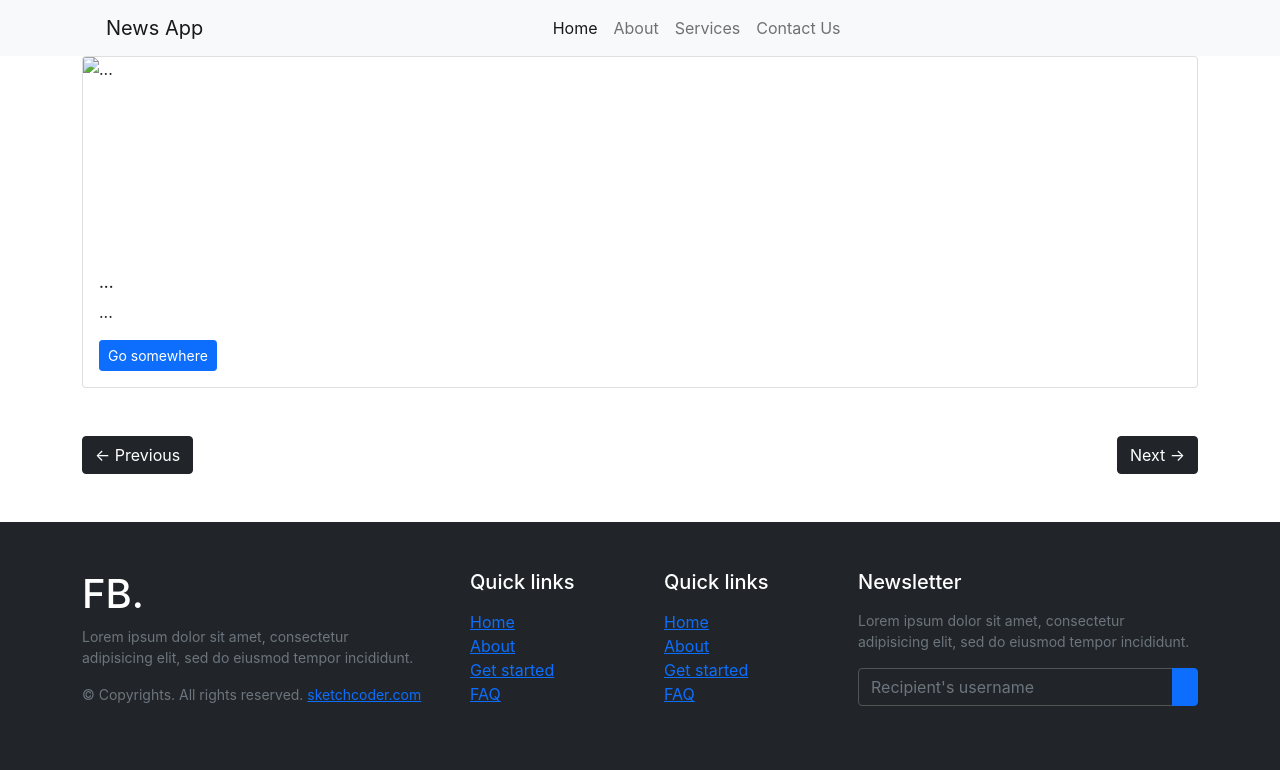
Repository: ZainAkbar51214/News-Site
Page: /
An editor plug-in stored every save of this project. The page is shown before and after the next save, followed by the edit.
The browser window is 1280 px wide. The pictures show the whole page.
The page's requests for data from a server got no answer. The project was rebuilt for these pictures with package versions that can differ from the ones it lists, and the page was loaded fresh each time. A package was used in the major version that the imports need, not the one package.json lists. No one was signed in, and anything a server would have sent is missing. Also part of the build but not shown: src/Components/pages/About.jsx, src/Components/Layouts/NewsItem.js.

Above is the page before, as saved 2023-12-18 00:04:25.

### public/index.html
<!DOCTYPE html>
<html lang="en">
  <head>
    <meta charset="utf-8" />
    <link rel="icon" href="%PUBLIC_URL%/favicon.ico" />
    <meta name="viewport" content="width=device-width, initial-scale=1" />
    <meta name="theme-color" content="#000000" />
    <meta
      name="description"
      content="Web site created using create-react-app"
    />
    <link rel="apple-touch-icon" href="%PUBLIC_URL%/logo192.png" />

    <link rel="manifest" href="%PUBLIC_URL%/manifest.json" />

    <title>News App</title>
    <!-- Bootstrap cdn -->
    <link href="https://cdn.jsdelivr.net/npm/bootstrap@5.0.2/dist/css/bootstrap.min.css" rel="stylesheet" integrity="sha384-EVSTQN3/azprG1Anm3QDgpJLIm9Nao0Yz1ztcQTwFspd3yD65VohhpuuCOmLASjC" crossorigin="anonymous">
  </head>
  <body>
    <noscript>You need to enable JavaScript to run this app.</noscript>
    <div id="root"></div>


    <!-- Bootstrap Script -->
    <script src="https://cdn.jsdelivr.net/npm/@popperjs/core@2.9.2/dist/umd/popper.min.js" integrity="sha384-IQsoLXl5PILFhosVNubq5LC7Qb9DXgDA9i+tQ8Zj3iwWAwPtgFTxbJ8NT4GN1R8p" crossorigin="anonymous"></script>
<script src="https://cdn.jsdelivr.net/npm/bootstrap@5.0.2/dist/js/bootstrap.min.js" integrity="sha384-cVKIPhGWiC2Al4u+LWgxfKTRIcfu0JTxR+EQDz/bgldoEyl4H0zUF0QKbrJ0EcQF" crossorigin="anonymous"></script>
  </body>
</html>

### src/App.js
import React from "react";
import {
  BrowserRouter,
  Routes,
  Route
} from "react-router-dom";
import Home from './Components/pages/Home';
import Navbar from './Components/Header/Navbar';
import Footer from './Components/Footer/Footer';
import About from "./Components/pages/About";
import News from "./Components/Layouts/News";

function App() {
  return (
    <BrowserRouter>
      <Navbar />
        <Routes>
          <Route path="/" element={<Home />}></Route>
          <Route path="/about" element={<About />}></Route>
        </Routes>
        <News />
      <Footer />
  </BrowserRouter>
  );
}

export default App;

### src/Components/pages/Home.jsx
import React, { Component } from 'react';
import { Link } from 'react-router-dom';
import '../../App.css';

class Home extends Component {
    render() {
        let {title,  description, imageUrl, newsUrl} = this.props;
        return (
            <div className='container-fluid'>
                <div className='container'>
                    <div className='row'>
                        <div className='col-lg-12'>
                            <div className="card" style={{width: '100%'}}>
                                <img src={imageUrl} className="card-img-top" style={{width: '100%', height: '200px', objectFit: 'cover'}} alt="..." />
                                <div className="card-body">
                                    <h6 className="card-title">{title}...</h6>
                                    <p className="card-text"> {description}... </p>
                                    <Link to={newsUrl} className="btn btn-sm btn-primary">Go somewhere</Link>
                                </div>
                            </div>
                        </div>
                    </div>
                </div>
            </div>
        );
    }
}

export default Home;

### src/Components/Header/Navbar.jsx
import React, { Component } from 'react';
import { Link } from 'react-router-dom';

class Navbar extends Component {
    render() {
        return (
            <div>
                <div className="container-fluid bg-light">
                <div className="container">
                    <div className="row">
                        <div className="col-md-12">
                            <nav className="navbar navbar-expand-lg navbar-light">
                                <div className="container-fluid">
                                    <Link className="navbar-brand" to="/">News App</Link>
                                    <button className="navbar-toggler" type="button" data-bs-toggle="collapse" data-bs-target="#navbarSupportedContent" aria-controls="navbarSupportedContent" aria-expanded="false" aria-label="Toggle navigation">
                                        <span className="navbar-toggler-icon"></span>
                                    </button>
                                    <div className="collapse navbar-collapse" id="navbarSupportedContent">
                                        <ul className="navbar-nav mx-auto mb-2 mb-lg-0">
                                            <li className="nav-item">
                                                <Link className="nav-link active" aria-current="page" to="/">Home</Link>
                                            </li>
                                            <li className="nav-item">
                                                <Link className="nav-link" to="/about">About</Link>
                                            </li>
                                            <li className="nav-item">
                                                <Link className="nav-link" to="/services">Services</Link>
                                            </li>
                                            <li className="nav-item">
                                                <Link className="nav-link" to="/contact-us">Contact Us</Link>
                                            </li>
                                        </ul>
                                    </div>
                                </div>
                            </nav>
                        </div>
                    </div>
                </div>
            </div>
            </div>
        );
    }
}

export default Navbar;

### src/Components/Footer/Footer.jsx
import React from "react";
import { Link } from "react-router-dom";
import '../Footer/Footer.css';

const Navbar = () => {
    return (
        <>
            <div className="d-flex flex-column h-100">
                {/* <!-- FOOTER --> */}
                <footer className="w-100 py-4 flex-shrink-0">
                    <div className="container py-4">
                        <div className="row gy-4 gx-5">
                            <div className="col-lg-4 col-md-6">
                                <h5 className="h1 text-white">FB.</h5>
                                <p className="small text-muted">Lorem ipsum dolor sit amet, consectetur adipisicing elit, sed do eiusmod tempor incididunt.</p>
                                <p className="small text-muted mb-0">&copy; Copyrights. All rights reserved. <Link className="text-primary" to="https://sketchcoder.com" target="_blank">sketchcoder.com</Link></p>
                            </div>
                            <div className="col-lg-2 col-md-6">
                                <h5 className="text-white mb-3">Quick links</h5>
                                <ul className="list-unstyled text-muted">
                                    <li><Link to="#">Home</Link></li>
                                    <li><Link to="#">About</Link></li>
                                    <li><Link to="#">Get started</Link></li>
                                    <li><Link to="#">FAQ</Link></li>
                                </ul>
                            </div>
                            <div className="col-lg-2 col-md-6">
                                <h5 className="text-white mb-3">Quick links</h5>
                                <ul className="list-unstyled text-muted">
                                    <li><Link to="#">Home</Link></li>
                                    <li><Link to="#">About</Link></li>
                                    <li><Link to="#">Get started</Link></li>
                                    <li><Link to="#">FAQ</Link></li>
                                </ul>
                            </div>
                            <div className="col-lg-4 col-md-6">
                                <h5 className="text-white mb-3">Newsletter</h5>
                                <p className="small text-muted">Lorem ipsum dolor sit amet, consectetur adipisicing elit, sed do eiusmod tempor incididunt.</p>
                                <form action="#">
                                    <div className="input-group mb-3">
                                        <input className="form-control" type="text" placeholder="Recipient's username" aria-label="Recipient's username" aria-describedby="button-addon2" />
                                        <button className="btn btn-primary" id="button-addon2" type="button"><i className="fas fa-paper-plane"></i></button>
                                    </div>
                                </form>
                            </div>
                        </div>
                    </div>
                </footer>
            </div>
        </>
    )
}

export default Navbar;

### src/Components/Layouts/News.js
import React, { Component } from 'react';
import NewsItem from './NewsItem';

class News extends Component {

    constructor(){
        super();
        this.state = {
            articles: [],
            loading: false
        }
    }

    async componentDidMount(){
        let url = "https://newsapi.org/v2/top-headlines?apiKey=ad02bf3d34a0416cb244eb374fced0bb&q=news";
        let data = await fetch(url);
        let passData = await data.json();
        console.log(passData);
        this.setState({articles: passData.articles})

    }

    handPrevClick = () => {
        console.log("prev");
    }
    handNextClick = () => {
        console.log("Next");
    }



    render() {
        return (
            <div className='container-fluid'>
                <div className='container'>
                    <div className='row'>
                        {this.state.articles.map((element) => {
                           return element.urlToImage?<div className='col-lg-4 col-md-6 mt-5' key={element.url}>
                           <NewsItem title={element.title?element.title.slice(0, 45): ""} description={element.description?element.description.slice(0, 86): ""} imageUrl={element.urlToImage} newsUrl={element.url} />
                       </div>
                       :""
                        })}

                    </div>

                   <div className='row'>
                   <div className='col-lg-12 d-flex justify-content-between mt-5 mb-5'>
                        <button disabled={this.state.page<=1} type='button' className='btn btn-dark' onClick={this.handPrevClick}>&larr; Previous</button>
                        <button type='button' className='btn btn-dark' onClick={this.handNextClick}>Next &rarr;</button>
                    </div>
                   </div>
                </div>
            </div>
        );
    }
}

export default News;

### src/App.css
.App {
  text-align: center;
}

.App-logo {
  height: 40vmin;
  pointer-events: none;
}

@media (prefers-reduced-motion: no-preference) {
  .App-logo {
    animation: App-logo-spin infinite 20s linear;
  }
}

.App-header {
  background-color: #282c34;
  min-height: 100vh;
  display: flex;
  flex-direction: column;
  align-items: center;
  justify-content: center;
  font-size: calc(10px + 2vmin);
  color: white;
}

.App-link {
  color: #61dafb;
}

@keyframes App-logo-spin {
  from {
    transform: rotate(0deg);
  }
  to {
    transform: rotate(360deg);
  }
}

@media(max-width: 425px){
  .card{
    width: 100% !important;
  }
}

### src/Components/Footer/Footer.css
/* ==========================================
    FOR DEMO PURPOSE
  ========================================== */

  .text-small {
    font-size: 0.9rem;
  }

  .form-control {
    background: #212529;
    border-color: #545454;
  }

  .form-control:focus {
    background: #212529;
  }

  footer {
    background: #212529;
  }

Loaded but not shown: src/index.js (common file); src/index.css (common file); src/reportWebVitals.js (common file)

After the next save:
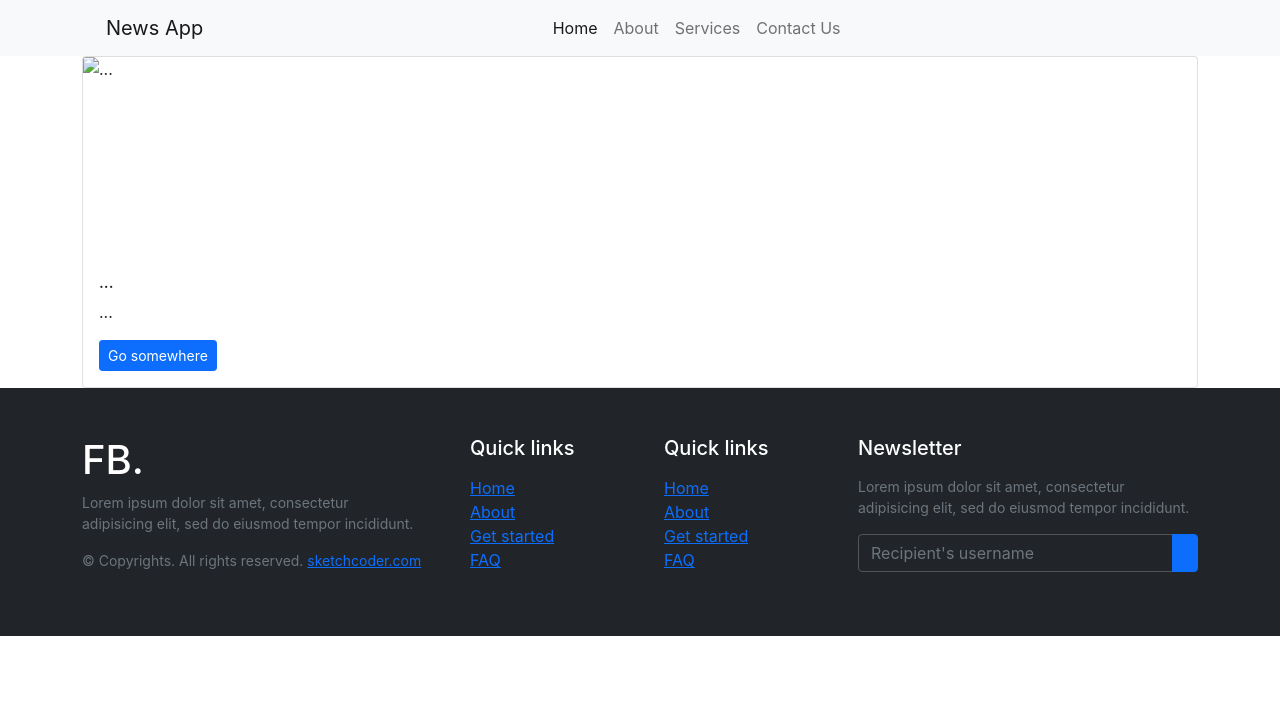
Saved 19 s later.
--- a/src/App.js
+++ b/src/App.js
@@ -18,7 +18,7 @@ function App() {
           <Route path="/" element={<Home />}></Route>
           <Route path="/about" element={<About />}></Route>
         </Routes>
-        <News />
+        {/* <News /> */}
       <Footer />
   </BrowserRouter>
   );
